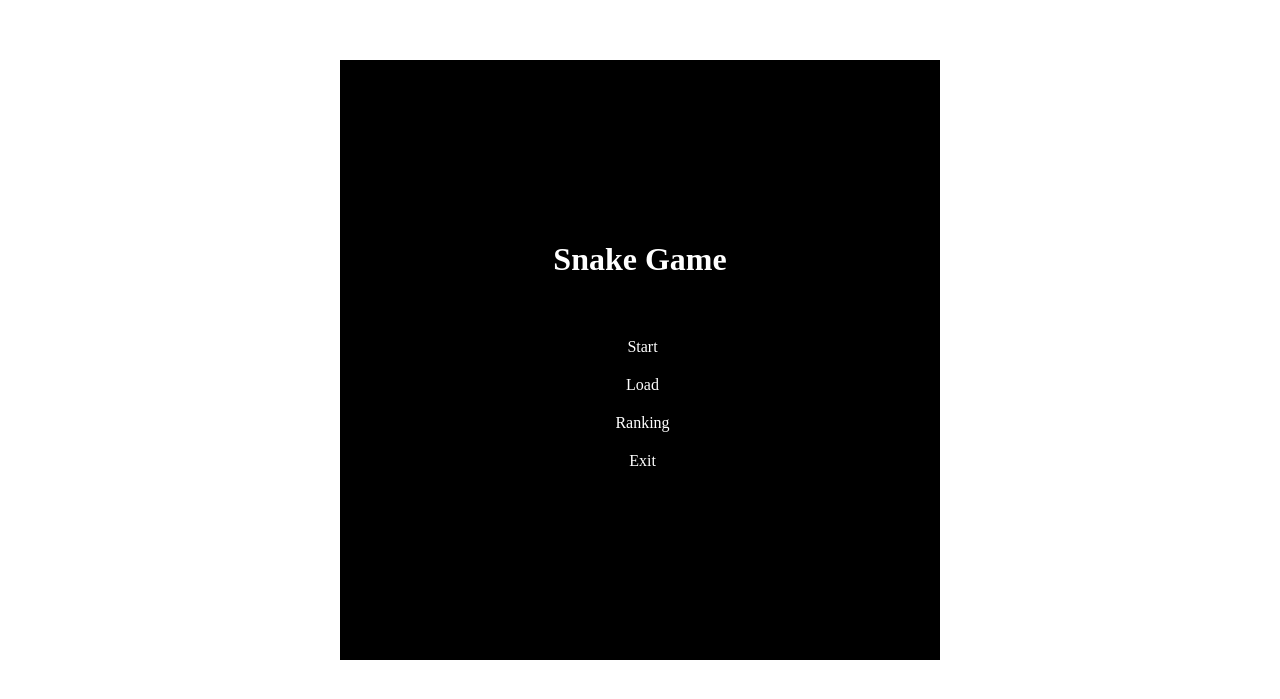
Repository: myeongbaek/SnakeGame_Team07
Page: index.html
These files come from the project's save history. The page is drawn as it stood at one moment and after the next save; the edit follows.
The browser window is 1280 px wide. The pictures show the whole page.
After loading, the first visible `span.rank` was clicked once.

Above is the page before, as saved 2022-04-20 17:15:41.
Console error: TypeError: Cannot read properties of null (reading 'map')

After the next save:
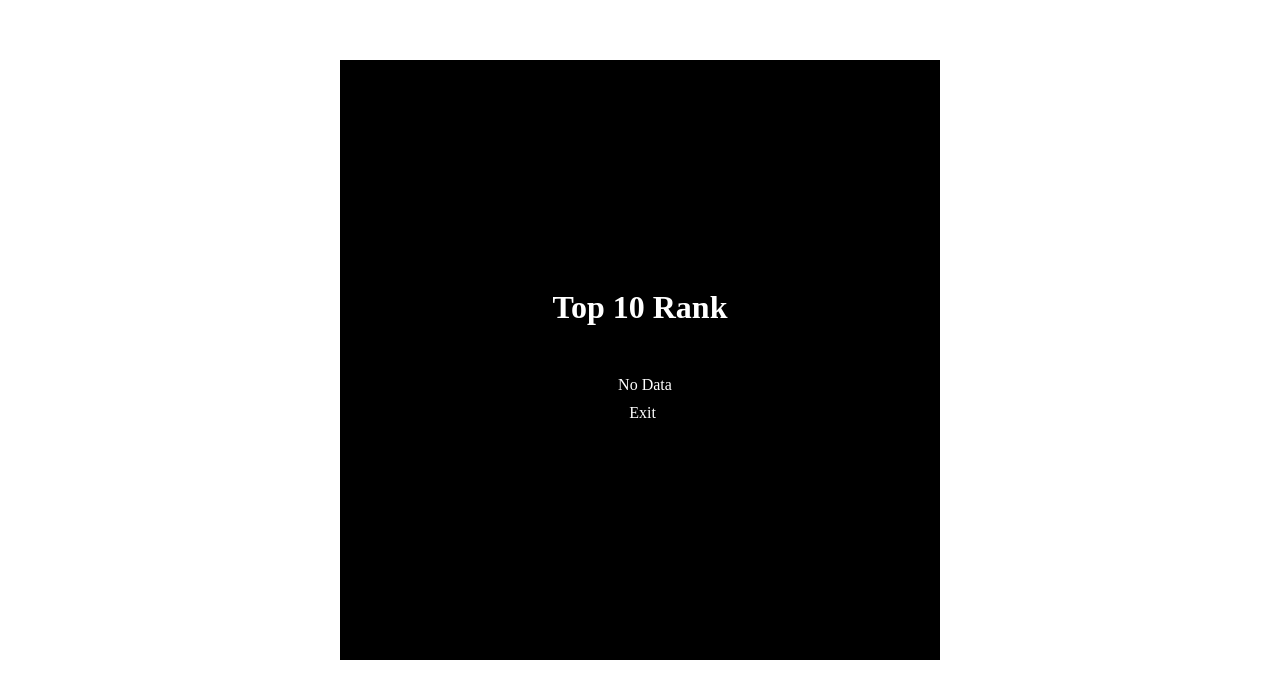
The error is gone.
Saved 13 s later.
--- a/MainScreen.js
+++ b/MainScreen.js
@@ -15,7 +15,6 @@ export default class MainScreen {
   }
 
   render = () => {
-    console.log(this);
     this.$screen.innerHTML = `
         <h1>Snake Game</h1>
         <span class="start btn">Start</span>
@@ -25,28 +24,20 @@ export default class MainScreen {
     `;
     this.$target.innerHTML = ``;
     this.$target.appendChild(this.$screen);
+
+    //Start
     const onStartClick = () => {
-
       this.game.setUp();
       this.game.gameLoop();
     };
     const startBtn = this.$screen.querySelector(".start");
     startBtn.addEventListener("click", onStartClick);
 
-    /*
-      here we need to make the rest of the buttons in main screen work
-
-      line 36 to 39 is function to start the game
-
-      line 40 grabs the start button from the page and let you work with it
-
-      line 41 registers the game-start function to the start button
-    */
+    //Load
     const onLoadClick = () => {
       if (localStorage.getItem("state") === null) {
         console.log("no saving state data in local storage");
-      }
-      else {
+      } else {
         this.game.state = JSON.parse(localStorage.getItem("state"));
 
         this.game.setUp();
@@ -61,12 +52,7 @@ export default class MainScreen {
     const loadBtn = this.$screen.querySelector(".load");
     loadBtn.addEventListener("click", onLoadClick);
 
-
-
-    /*
-      grab the load button, then register the function
-    */
-
+    //Rank
     const rankingBtn = this.$screen.querySelector(".rank");
     rankingBtn.addEventListener("click", () => onRankClick());
 
@@ -77,22 +63,30 @@ export default class MainScreen {
 
       this.$screen.innerHTML = `
         <h1>Top 10 Rank</h1>
-        ${rankarr.map((rank, index) => {
-        return `<span>${index + 1}위 : ${rank.username}, ${rank.score}점</span>`
-      }).join("")}
-      <span class="menu btn">Exit</span>
+        <div class="rank-container">
+          ${rankarr !== null
+          ? rankarr
+            .map((rank, index) => {
+              return `
+              <div class="rank-data">
+              <span class="rank-data__index">${index + 1}.</span>
+              <span class="rank-data__name">${rank.username}</span>
+              <span class="rank-data__score">${rank.score}점</span>
+              </div>
+              `;
+            })
+            .join("")
+          : `<span>No Data</span>`
+        }
+            </div>
+          <span class="menu btn">Exit</span>
       `;
       const menuBtn = this.$screen.querySelector(".menu");
       menuBtn.addEventListener("click", () => onMenuClick());
-    }
+    };
 
     const onMenuClick = () => {
       return this.render();
-    }
-    /*
-      same with the ranking
-
-      I don't think we need to make exit feature since we're on web
-    */
+    };
   };
 }
